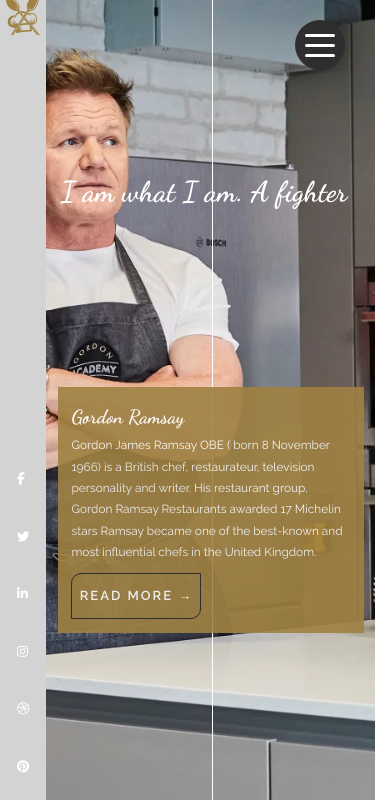
Repository: Esraa22M/Gordon-Ramsay-Biography
Page: index.html
These files come from the project's save history. The page is drawn as it stood at one moment and after the next save; the edit follows.
The browser window is 375 px wide. The pictures show the whole page.
Some web libraries are served in a nearby version.

Above is the page before, as saved 2022-12-13 16:49:40.

After the next save:
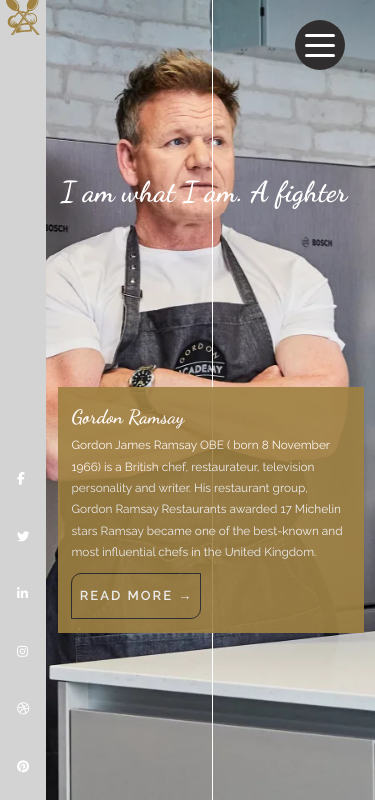
Saved 97 s later.
--- a/style.css
+++ b/style.css
@@ -308,4 +308,7 @@
   .fade {
     opacity: 1;
   }
-}
+      section#show-case {
+        background-position: 10%;
+      }
+}

After the save that followed:
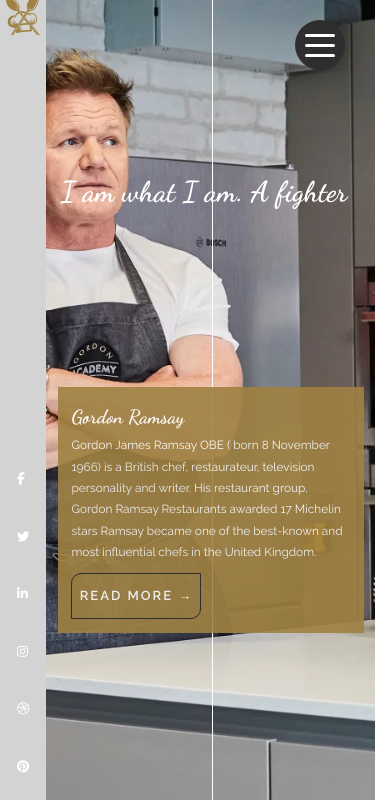
Saved 60 s later.
--- a/style.css
+++ b/style.css
@@ -308,7 +308,5 @@
   .fade {
     opacity: 1;
   }
-      section#show-case {
-        background-position: 10%;
-      }
-}
+
+}
